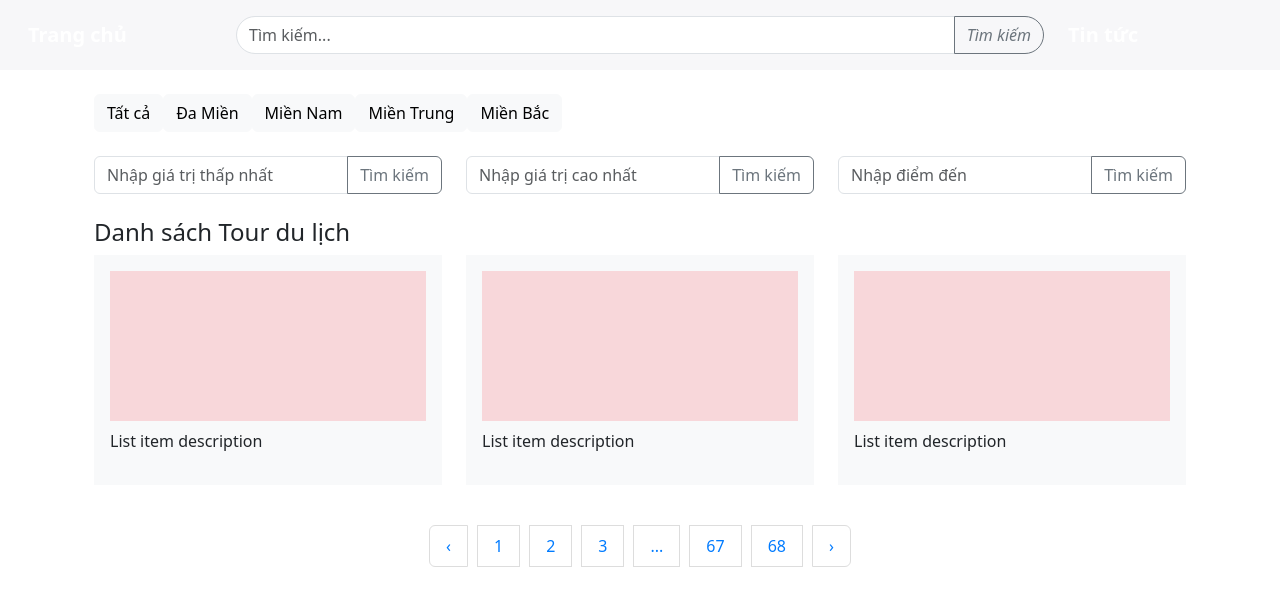
Repository: Minh23122003/qlDuAnPhanMem
Page: / (app in frontend/)
The author's editor kept a copy of each file at every save. The page is drawn from the files as they stood at one save, then again after the next save.
The browser window is 1280 px wide. The pictures show the whole page.
The project was rebuilt for these pictures with package versions that can differ from the ones it lists, and the page was loaded fresh each time. Also part of the build but not shown: frontend/src/service/WebSocketService.js, frontend/src/components/Notifications.js, frontend/src/layout/Footer.js, frontend/src/configs/Apis.js, frontend/src/components/Relativeparkcard.js, frontend/src/components/Receipt/ReceiptList.css, frontend/src/components/merchandisecabinet.js, frontend/src/components/Service.js and 13 more.

Above is the page before, as saved 2024-09-06 17:16:17.

After the next save:
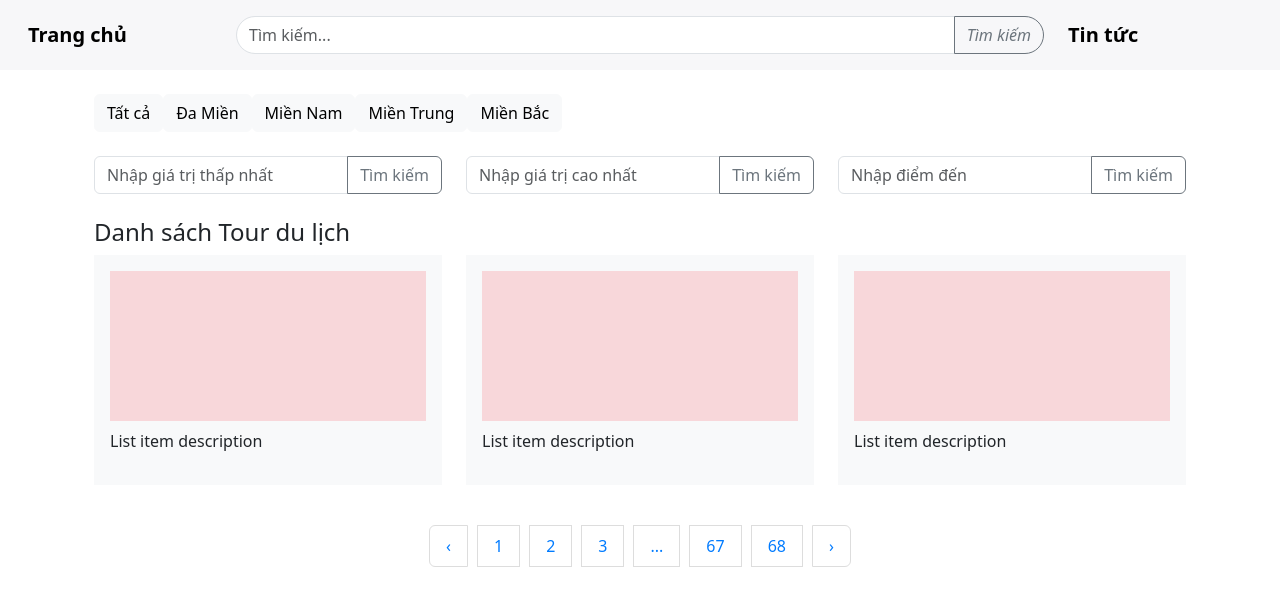
Saved 9 s later.
--- a/frontend/src/layout/Header.js
+++ b/frontend/src/layout/Header.js
@@ -5,7 +5,7 @@ import styled from 'styled-components';
 import { Link } from 'react-router-dom'; // Import Link from react-router-dom
 
 const StyledNavLink = styled(Link)`
-    color: #ffffff !important; /* Ensure the white color */
+    color: black !important; /* Ensure the white color */
     font-size: 1.25rem; /* Updated for better readability, more suitable for headers */
     font-weight: 600; /* Use bold for better contrast */
     text-decoration: none;
